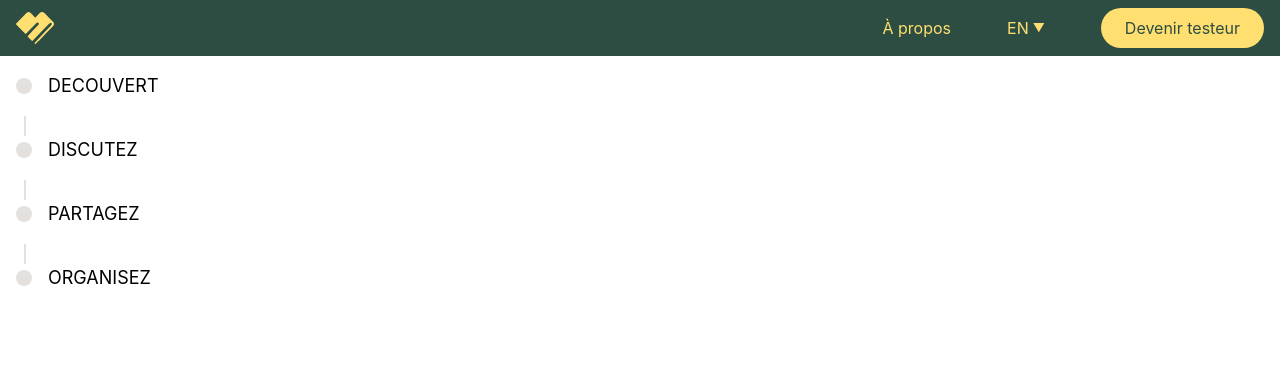
Repository: enas-elm/bookish-landing
Page: /
An editor plug-in stored every save of this project. The page is shown before and after the next save, followed by the edit.
The browser window is 1280 px wide. The pictures show the whole page.
The project was rebuilt for these pictures with package versions that can differ from the ones it lists, and the page was loaded fresh each time.

Above is the page before, as saved 2024-09-11 15:59:46.

After the next save:
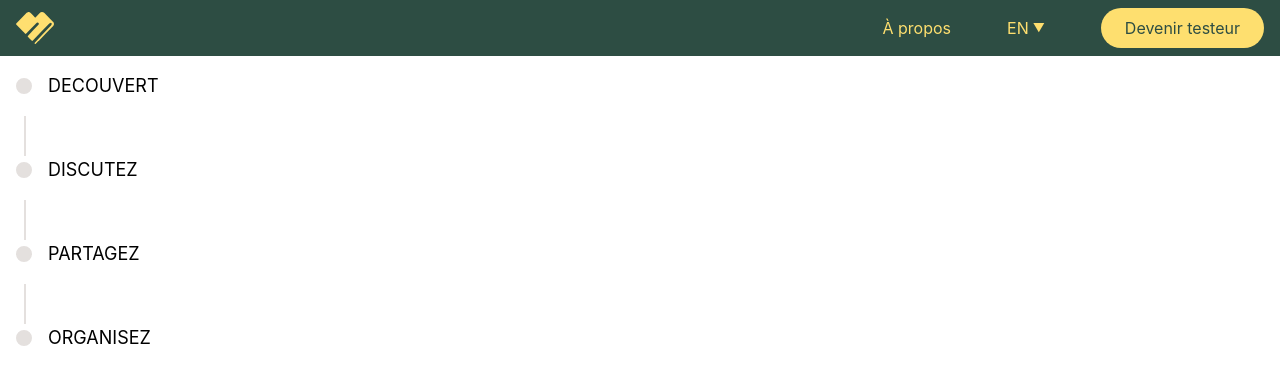
Saved 9 s later.
--- a/src/components/TimeLine.js
+++ b/src/components/TimeLine.js
@@ -35,7 +35,7 @@ function TimelineMenu() {
           {/* Vertical Line */}
           {index < menuItems.length - 1 && (
             <div
-              className={`h-5 bg-gris border-gris border-l-2 ml-2 transition-colors ${
+              className={`h-10 bg-gris border-gris border-l-2 ml-2 transition-colors ${
                 selectedItem === item.id ? "border-blue-500" : "border-gray-400"
               }`}
             ></div>
